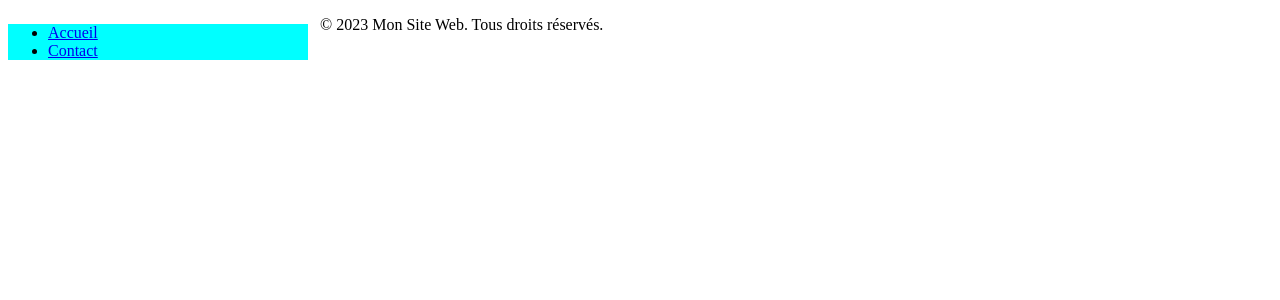
Repository: mardocheengoran/prepa-website
Page: index.html
The author's editor kept a copy of each file at every save. The page is drawn from the files as they stood at one save, then again after the next save.
The browser window is 1280 px wide. The pictures show the whole page.

Above is the page before, as saved 2025-03-19 03:19:20.

After the next save:
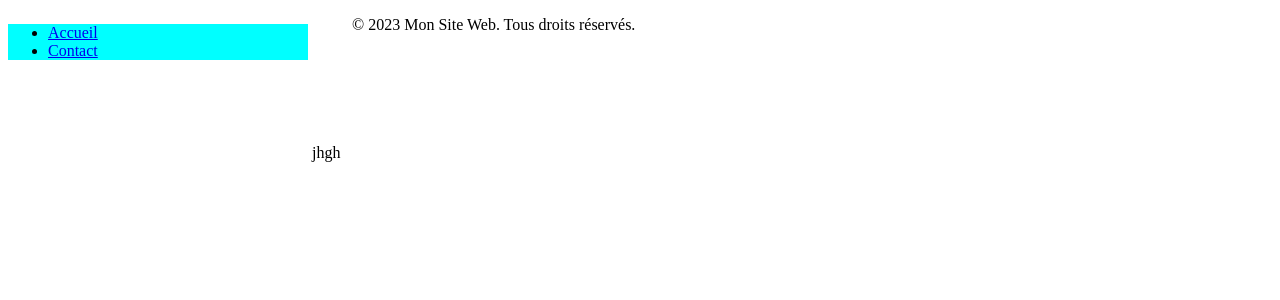
Saved 61 s later.
--- a/index.html
+++ b/index.html
@@ -1,2 +1,3 @@
 <iframe src="header.html" frameborder="0"></iframe>
+jhgh
 <iframe src="footer.html" frameborder="0"></iframe>
